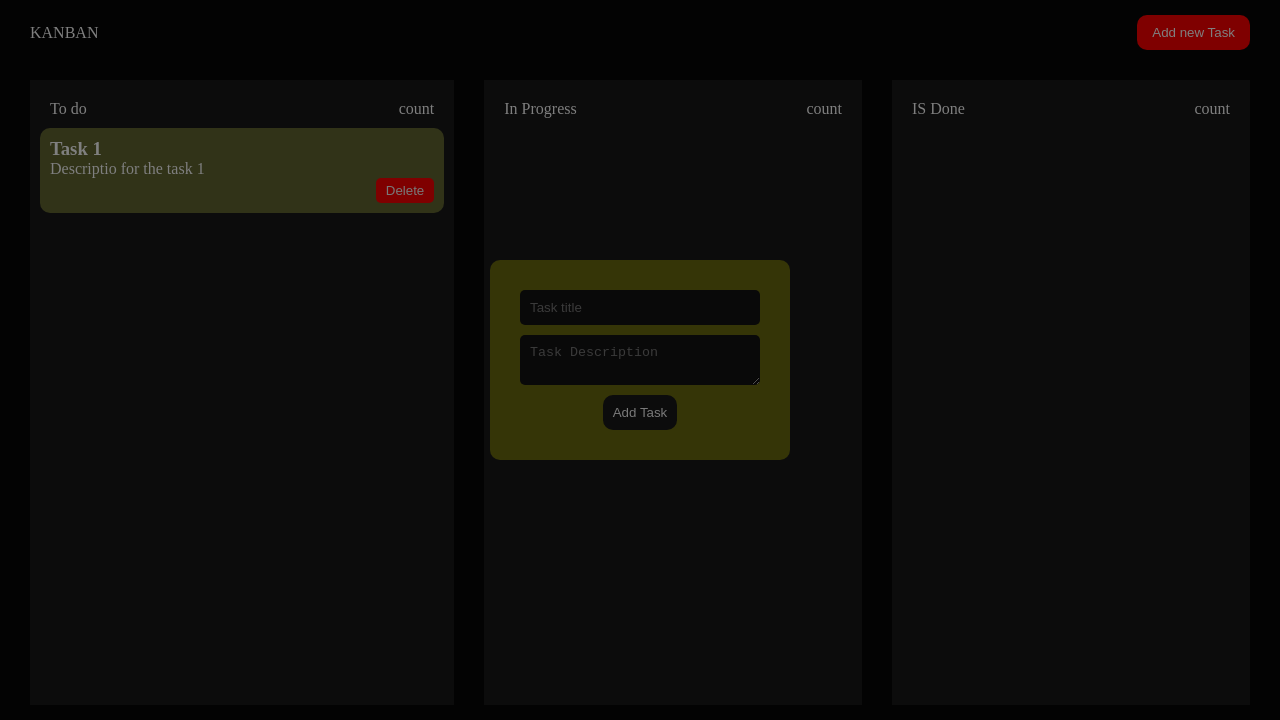
Repository: Sandeepji-5/Kanban-board
Page: index.html
The author's editor kept a copy of each file at every save. The page is drawn from the files as they stood at one save, then again after the next save.
The browser window is 1280 px wide. The pictures show the whole page.
After loading, the first visible `#toggle-modal` was clicked once.

Above is the page before, as saved 2025-12-09 16:33:31.

### index.html
<!DOCTYPE html>
<html lang="en">
<head>
    <meta charset="UTF-8">
    <meta name="viewport" content="width=device-width, initial-scale=1.0">
    <title>Document</title>
    <link rel="stylesheet" href="style.css">
</head>
<body>
    <main>
        <nav>
            <div class="left">KANBAN</div>
            <div class="right"><button id="toggle-modal">Add new Task</button></div>
        </nav>
        <section class="board">
            <div   id="todo" class="task-column">
                <div class="heading">
                    <div class="left">To do </div>
                      <div class="right">count</div>
                </div>
                <div draggable="true" class="task">
                    <h3>Task 1</h3>
                    <p>Descriptio for the task 1 </p>
                    <button>Delete</button>
                </div>
            </div>
            <div id="progress" class="task-column">
                <div class="heading">
                    <div class="left">In Progress</div>
                    <div class="right">count</div>
                </div>

            </div>
            <div  id="done"   class="task-column">
                <div class="heading">
                    <div class="left">IS Done </div>
                    <div class="right"> count</div>
                </div>

            </div>
        </section>


    </main>

    <div class="modal add-new-task">
        <div class="bg"> </div>
   <div class="center">
                        <input type="text" placeholder="Task title"/>
                        <textarea placeholder="Task Description"></textarea>
                        <button id="add-new-task" class="add-task-btn"> Add Task</button>
                </div>
     </div>


    <script src="kanban.js"></script>
</body>
</html>

### style.css
* {
    margin: 0;
    padding: 0;

    box-sizing: border-box;
}

html,
body {
    width: 100%;
    height: 100%;

}

:root {
    --bg-color: #0000000;
    --bg-button-color: rgb(24, 24, 24);
    --primary-text-color: #f4f4f4;
    --bg-task-color:rgb(19, 18, 18);
    --bg-delete-color:red;



    /* padding 1 rem 2 rem */
    --nav-padding: 15px 30px;
    --section-padding: 15px 30px;
    --padding-s: 5px;
    --padding-m: 10px;
    --padding-l: 15px;
    --padding-xl: 20px;
    --padding-xxl: 30px;


    /* border radius variable  */



    --border-radius-s:5px;
    --border-radius-m:10px;
    --border-radius-l:15px;
    --border-radius-xl:20px;
    --border-radius-xxl:30px;


}

body {
    background-color: rgb(7, 7, 7);
    color: white;
}
main{
    display: flex;
    height: 100%;
    width: 100%;
    flex-direction: column;


}

nav{
    padding: var(--nav-padding);
    display: flex;
    align-items: center;
    justify-content: space-between;

}
nav button{
    background-color: red;
    color: white;
    border: none;
    outline: none;
    padding: var(  --padding-m) var(  --padding-l);
    cursor: pointer;
    border-radius:var(--border-radius-m) ;

}


section{
    padding:var(--section-padding);
    /* height: 100%; */
    display: flex;
    flex-grow: 1;
    justify-content: space-between;

    gap: var(--padding-xxl);

}
section .task-column{
    padding: var(--padding-m);
    background-color: var(--bg-button-color);
    flex-grow: 1  ;
    padding: var(--padding-m)  ;
    display: flex;
    flex-direction: column;
    transition: all 0.7s cubic-bezier(0.19, 1, 0.22, 1);




}
section .task-column.hover-over {
     border: 2px dashed rgb(247, 246, 246);
    transform: scale(1.05);
}
section .task-column .heading{
    display: flex;
    justify-content: space-between ;
    padding: var(--padding-m);
}


section .task-column  .task{

    display: flex;
    flex-direction: column;
    padding: var(--padding-m);
    border-radius: var(--border-radius-m);
    /* background-color: var(--bg-task-color); */
     background-color:rgba(205, 216, 87, 0.409);


}

section .task-column .task button{
    align-self: flex-end;
    cursor: pointer;
    padding: var(--padding-s) var(--padding-m);
    border-radius: var(--border-radius-s);
    border: none;
    outline: none;
    background-color: var(--bg-delete-color);
    color: var(--primary-text-color)  ;
}

.modal{

    position: fixed;
    top: 0;
    left: 0;
    height: 100vh;
    width: 100vw;
    display: none;
    align-items: center;
    justify-content: center;


}
.modal .active{
    display: flex;
}

.modal .bg{
    position: absolute;
    top: 0;
    left: 0;
    height: 100%;
    width: 100%;
    background-color: rgba(0, 0, 0, 0.5);
}

.modal .center{
    background-color: rgba(244, 244, 4, 0.377);
    padding: var(--padding-xxl);
    border-radius: var(--border-radius-m);
    display: flex;
    flex-direction: column;
    gap: var(--padding-m);
    height: 200px;
    width: 300px;

}

.modal .center input,.modal .center textarea, .modal .center select {
    background-color: var(--bg-task-color);
    padding: var(--padding-m);
    border-radius: var(--border-radius-s);
    border: none;
    outline: none;
    color: var(--primary-text-color);

}

.modal .center button{
     align-self: center;
    margin-top: auto;
    padding: var(--padding-m);
    border-radius: var(--border-radius-m);
    border: none;
    outline: none;
    background-color: var(--bg-button-color);
    color: var(--primary-text-color);
    cursor: pointer;

}

### kanban.js
const todo = document.querySelector('#todo');
const progress = document.querySelector('#progress')
const done = document.querySelector('#done');
const tasks = document.querySelectorAll('.task');
let draggedElement = null;

tasks.forEach(task => {
    task.addEventListener("drag", () => {

        draggedElement = task;
    })
})

// progress.addEventListener('dragenter',(e)=>{
//     progress.classList.add('hover-over');
// })


// progress.addEventListener('dragleave', (e)=>{
//     progress.classList.remove('hover-over');
// })


function addDragEventsOnColumn(column)
{
    column.addEventListener('dragenter', (e) => {
        e.preventDefault();
        column.classList.add('hover-over');
    });

    column.addEventListener('dragleave', (e) => {
        e.preventDefault();
        column.classList.remove('hover-over');
    })

    column.addEventListener("dragover", (e) => {
        e.preventDefault();
    })

    column.addEventListener('drop', (e) => {

        column.appendChild(draggedElement)
        console.log("draggedElement", draggedElement, column);
        column.classList.remove('hover-over')
         e.preventDefault();
    })

}

addDragEventsOnColumn(todo);
addDragEventsOnColumn(progress)
addDragEventsOnColumn(done)





// Modal related Logic
const toggleModalButton = document.querySelector('#toggle-modal');
const modal = document.querySelector('.modal')
const modalBg = document.querySelector('.modal .bg');
const addTaskbtn = document.querySelector('.add-task-btn')



toggleModalButton.addEventListener('click', () => {
    console.log("clicked");
    modal.style.display = 'flex';

});

// modalBg.addEventListener('click',()=>{
//     modal.style.display = 'none';
// }   )

After the next save:
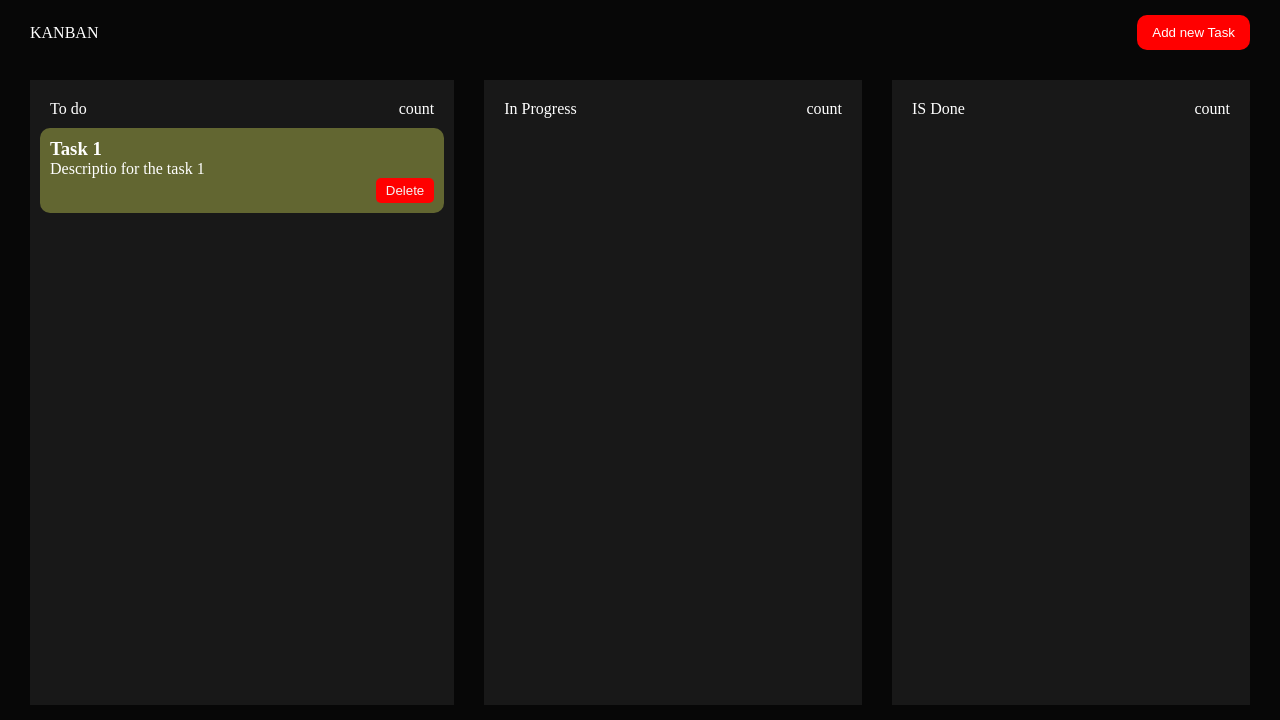
Saved 13 s later.
--- a/kanban.js
+++ b/kanban.js
@@ -65,7 +65,7 @@ const addTaskbtn = document.querySelector('.add-task-btn')
 
 toggleModalButton.addEventListener('click', () => {
     console.log("clicked");
-    modal.style.display = 'flex';
+    // modal.style.display = 'flex';
 
 });
 
